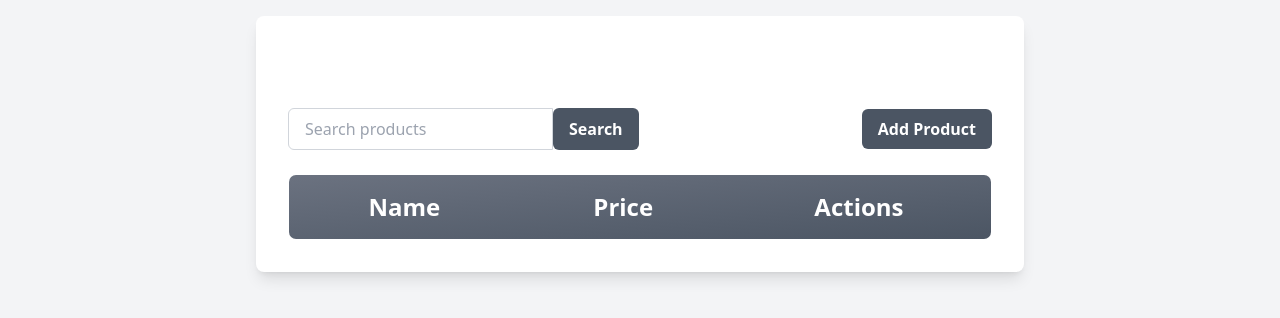
Repository: shaafsalman/product-Management-MERN
Page: /home (app in frontend/)
An editor plug-in stored every save of this project. The page is shown before and after the next save, followed by the edit.
The browser window is 1280 px wide. The pictures show the whole page.
The page's requests for data from a server got no answer. The project was rebuilt for these pictures with package versions that can differ from the ones it lists, and the page was loaded fresh each time. No one was signed in, and anything a server would have sent is missing. Also part of the build but not shown: frontend/vite.config.js, frontend/src/Cards/messageCard.jsx, frontend/src/Pages/Login.jsx, frontend/src/Pages/SighnUp.jsx, frontend/src/Pages/NoPage.jsx, frontend/src/Pages/AddProduct.jsx.

Above is the page before, as saved 2024-05-15 08:00:02.

After the next save:
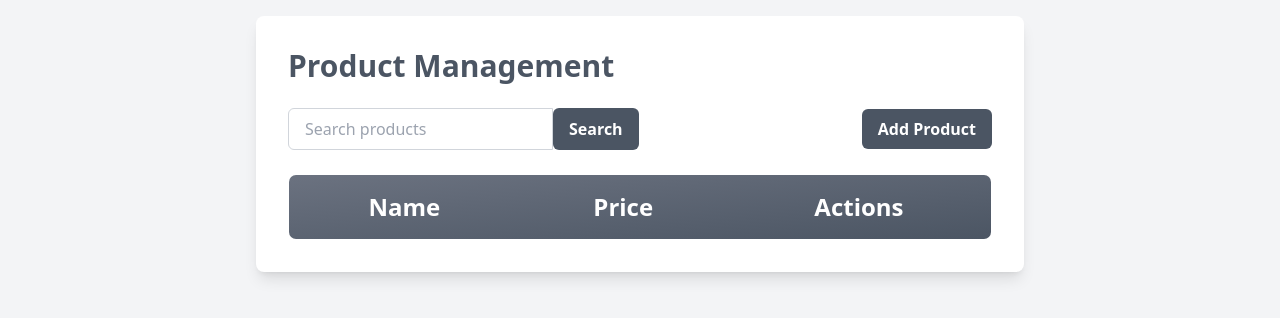
Saved 8 s later.
--- a/frontend/src/Pages/Home.jsx
+++ b/frontend/src/Pages/Home.jsx
@@ -85,7 +85,7 @@ const Home = () => {
         <MessageCard Heading={message.Heading} Message={message.Message} onClose={() => setMessage(null)} />
       )}
       <div className="w-full max-w-screen-md bg-white shadow-lg rounded-lg p-8">
-      <h1 className="text-3xl font-semibold mb-6 text-white">Product Management</h1>
+      <h1 className="text-3xl font-semibold mb-6 text-gray-600">Product Management</h1>
 
         <div className="flex items-center justify-between mb-6">
           <div className="flex">
